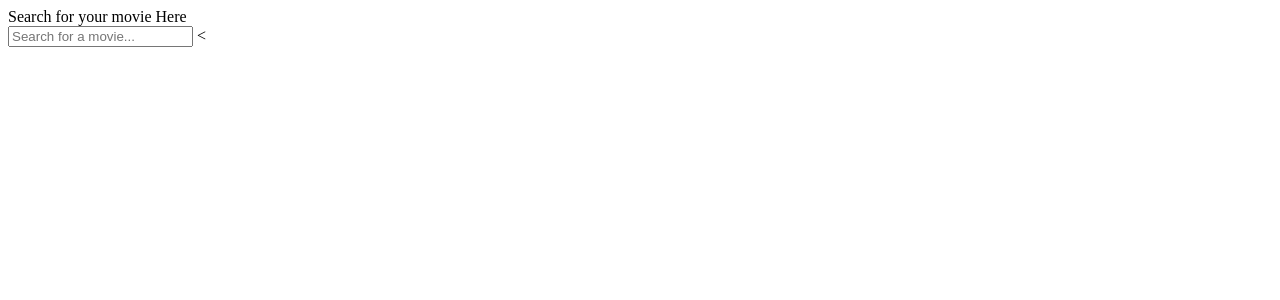
Repository: Femi007-gh/movie-API
Page: index.html
These files come from the project's save history. The page is drawn as it stood at one moment and after a run of saves; the edit follows.
The browser window is 1280 px wide. The pictures show the whole page.

Above is the page before, as saved 2025-05-08 07:23:33.

After the next 2 saves:
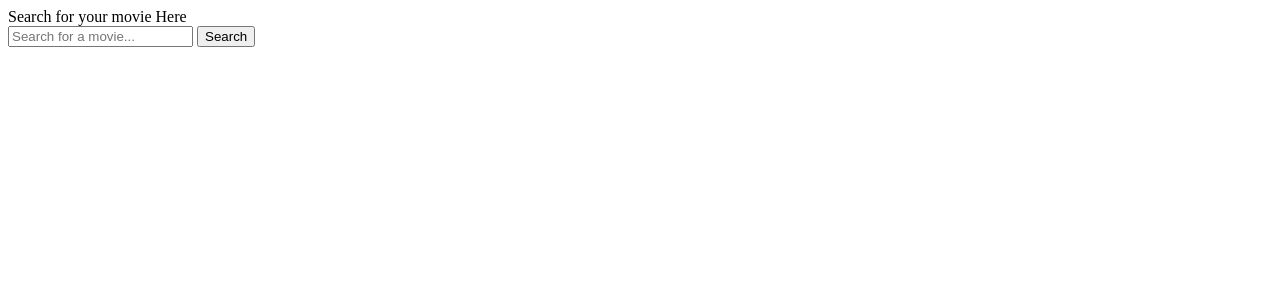
The 2 saves are shown as one change because they came seconds apart.
The last was saved 8 s later.
--- a/index.html
+++ b/index.html
@@ -6,7 +6,7 @@
     <header>Search for your movie Here</header>
     <main>
       <input type="text" id="searchInput" placeholder="Search for a movie...">
-      <
+      <button>Search</button>
     </main>
   </body>
 </html>
